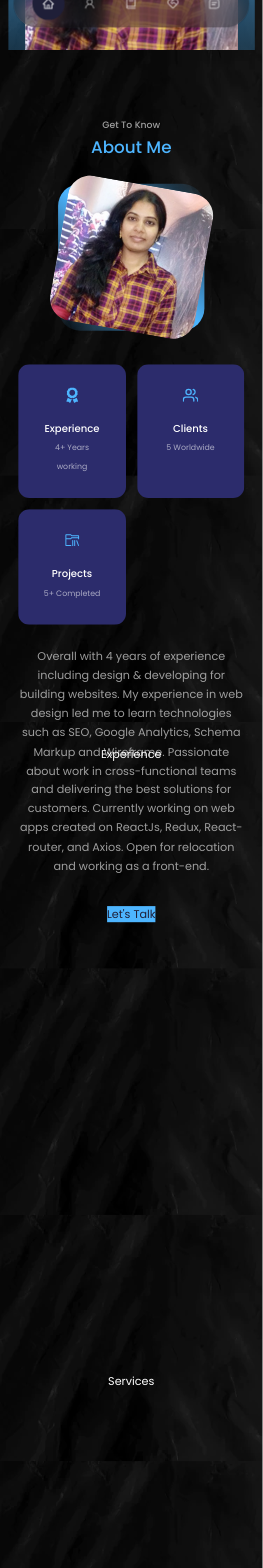
Repository: mayuri2018/Mr_react_portfolio
Page: /
The author's editor kept a copy of each file at every save. The page is drawn from the files as they stood at one save, then again after the next save.
The browser window is 375 px wide. The pictures show the part of the page from y = 728 to 2968 px (the page is 6203 px tall), at 70% of full size.
The project was rebuilt for these pictures with package versions that can differ from the ones it lists, and the page was loaded fresh each time. Also part of the build but not shown: src/components/experience/experience.css, src/components/services/services.css, src/components/portfolio/portfolio.css, src/components/testimonials/testimonials.css, src/components/contact/contact.css, src/components/footer/footer.css.

Above is the page before, as saved 2023-01-25 13:48:26.

After the next save:
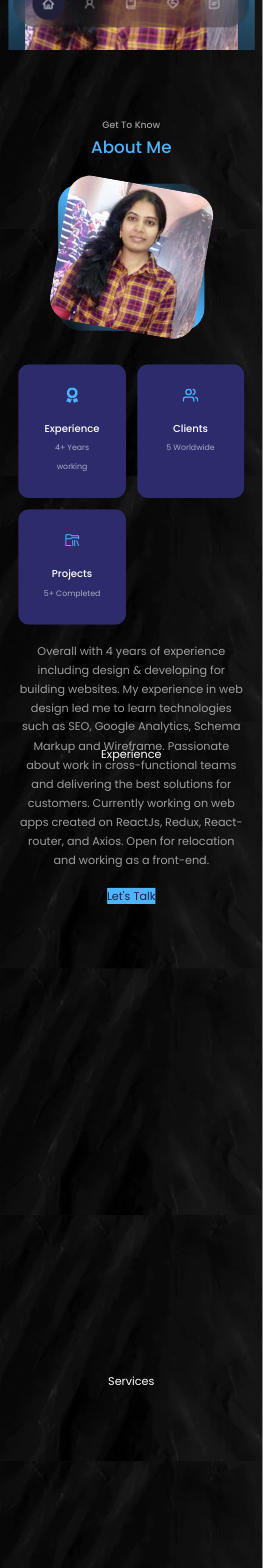
Saved 51 s later.
--- a/src/components/about/about.css
+++ b/src/components/about/about.css
@@ -89,4 +89,10 @@
         grid-template-columns: 1fr 1fr;
         gap:1rem ;
     }
+    .about_content{
+        text-align: center;
+    }
+    .about_content p{
+        margin: 1.5rem 0;
+    }
   }
